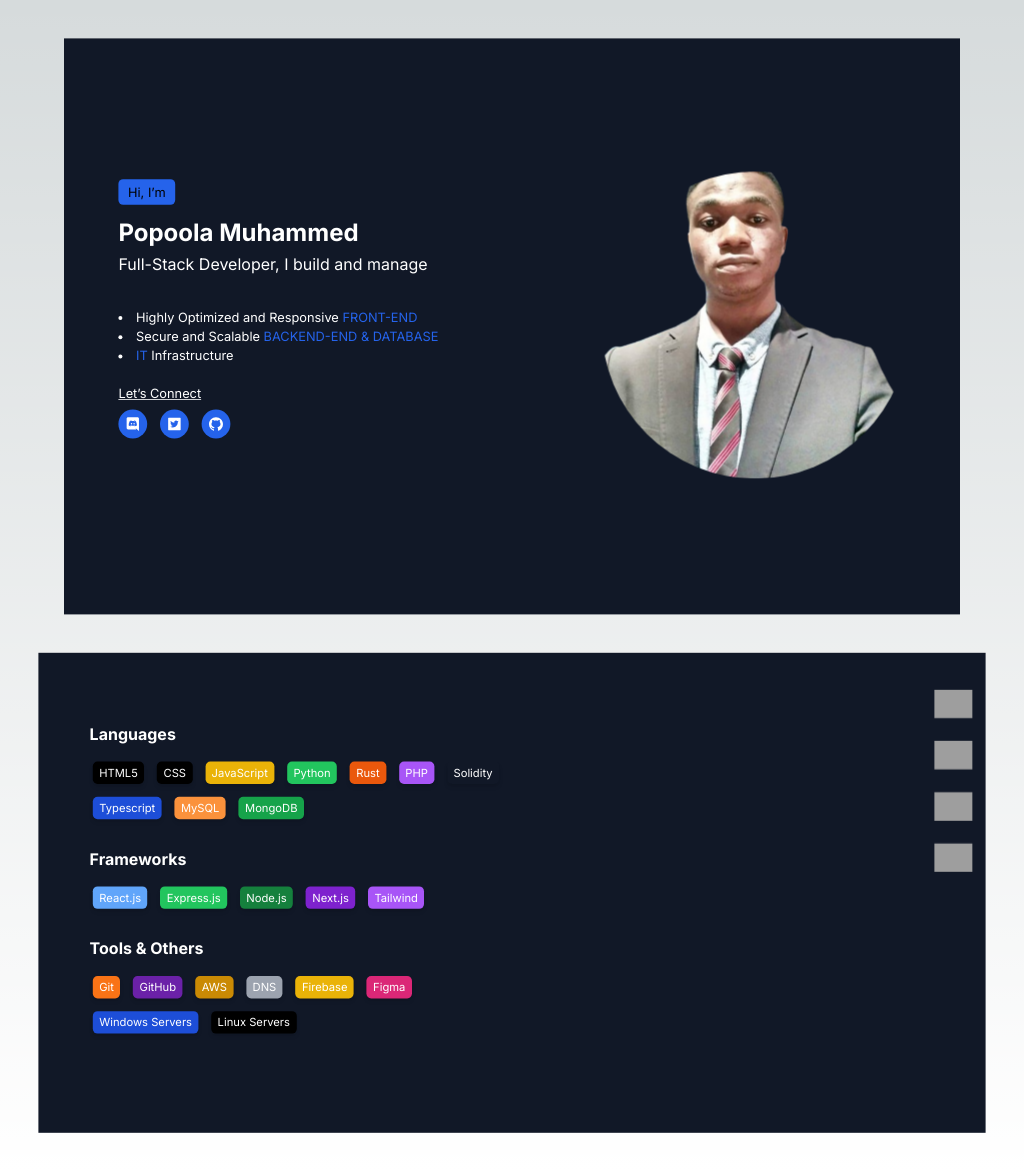
Repository: muhammedctgr/hammedctgr
Page: /
An editor plug-in stored every save of this project. The page is shown before and after the next save, followed by the edit.
The browser window is 1280 px wide. The pictures show the whole page, at 80% of full size.
Pictures or frames that could not be fetched are drawn as grey boxes. The project was rebuilt for these pictures with package versions that can differ from the ones it lists, and the page was loaded fresh each time. The framework's server and built-in components were replaced by stand-ins that run in the browser. Also part of the build but not shown: next.config.mjs.

Above is the page before, as saved 2024-08-01 13:55:30.

After the next save:
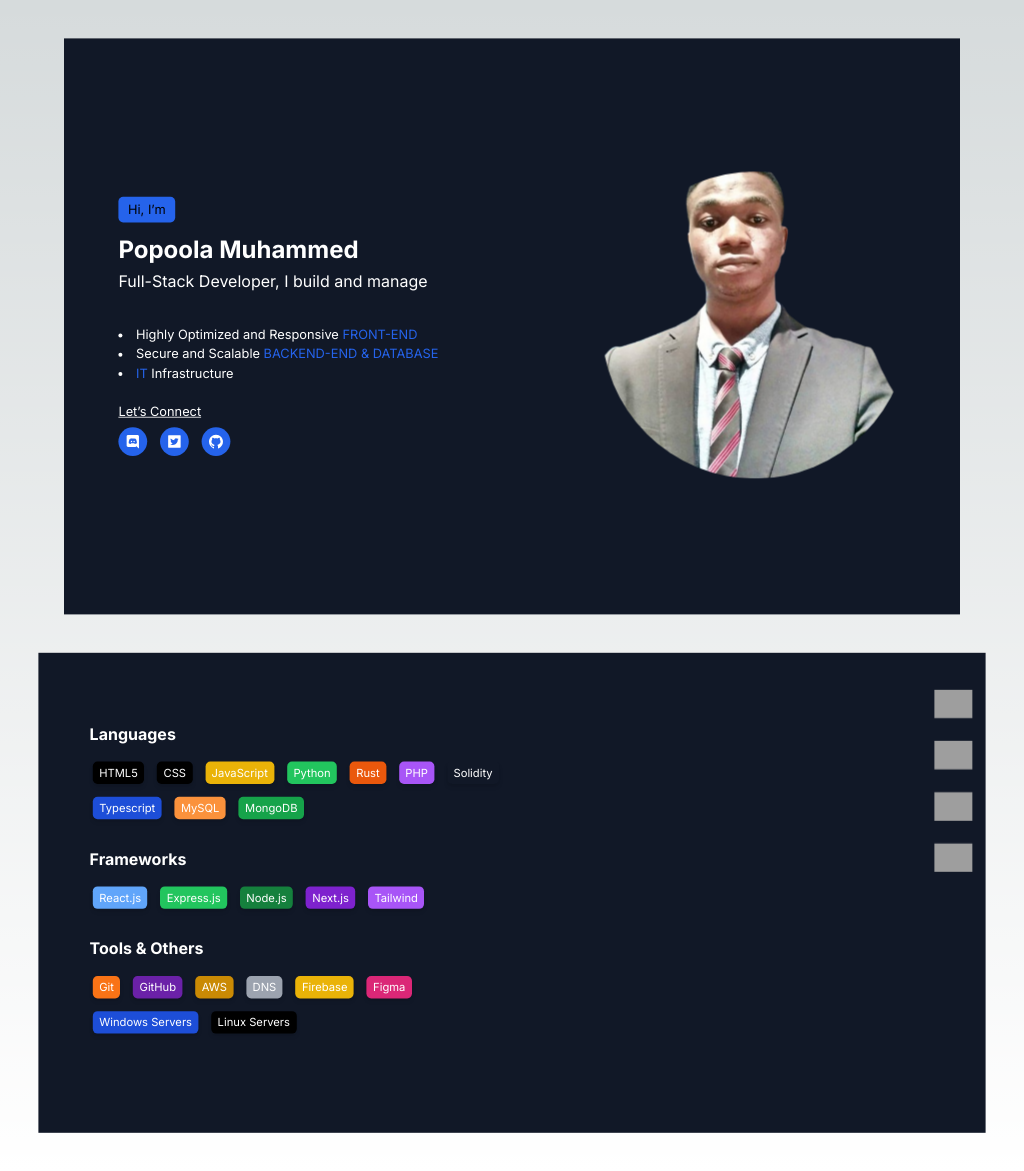
Saved 14 s later.
--- a/components/Hero.tsx
+++ b/components/Hero.tsx
@@ -6,7 +6,7 @@ const Hero = () => {
   return (
     <section className="bg-gray-900 m-12 mx-20 text-white min-h-screen flex items-center">
       <div className="container mx-auto flex flex-col md:flex-row items-center">
-        <div className="flex-1 text-left md:text-left p-5 m-12 mt-1">
+        <div className="flex-1 text-left md:text-left p-5 m-12 mt-12">
           <div className="inline-block bg-blue-600 text-black py-1 px-3 mb-4 rounded-md">
             Hi, I’m
           </div>

After the 2 saves that followed:
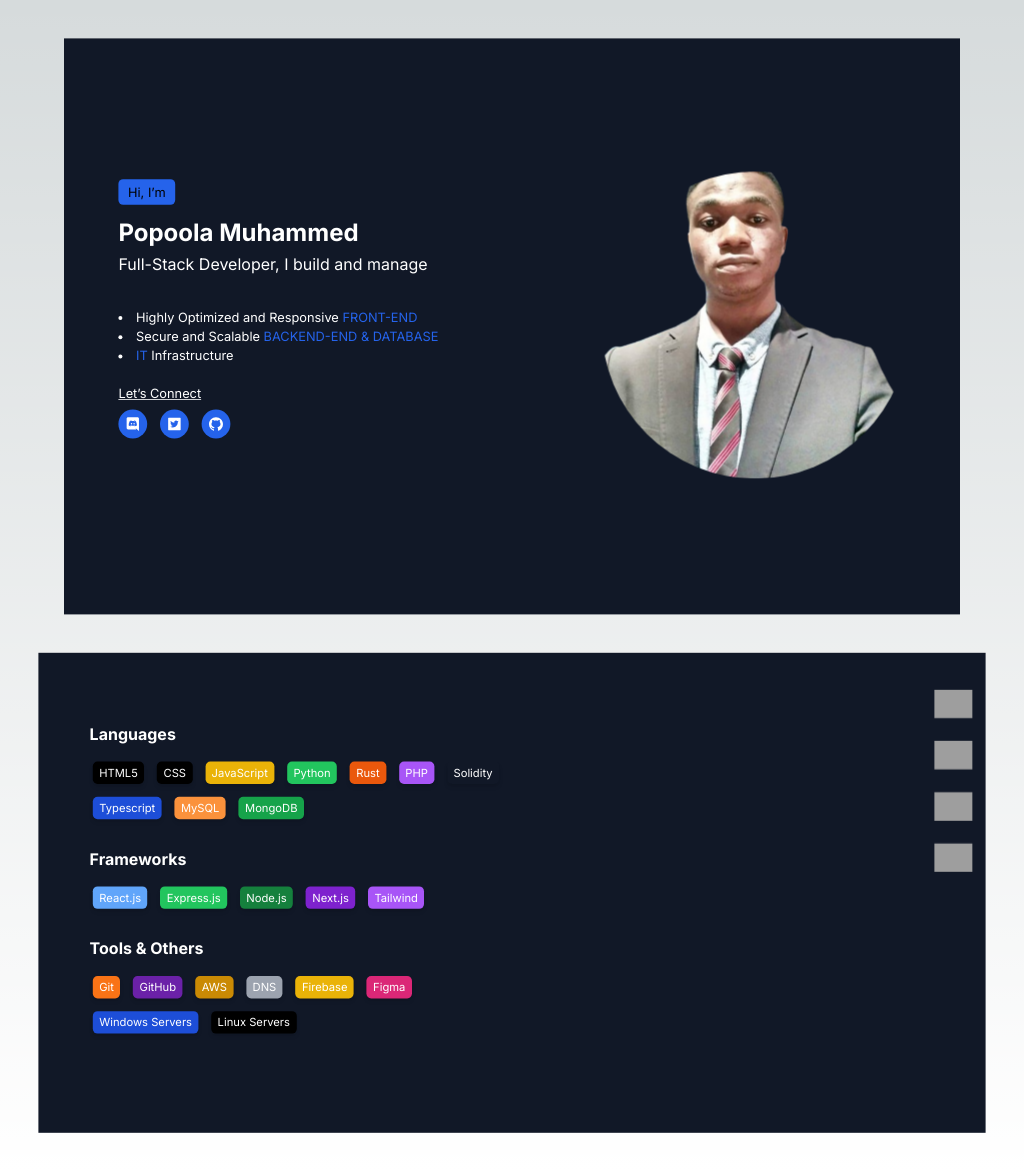
The 2 saves are shown as one change because they came seconds apart.
The last was saved 15 s later.
--- a/components/Hero.tsx
+++ b/components/Hero.tsx
@@ -6,7 +6,7 @@ const Hero = () => {
   return (
     <section className="bg-gray-900 m-12 mx-20 text-white min-h-screen flex items-center">
       <div className="container mx-auto flex flex-col md:flex-row items-center">
-        <div className="flex-1 text-left md:text-left p-5 m-12 mt-12">
+        <div className="flex-1 text-left md:text-left p-5 m-12 mt-1">
           <div className="inline-block bg-blue-600 text-black py-1 px-3 mb-4 rounded-md">
             Hi, I’m
           </div>
